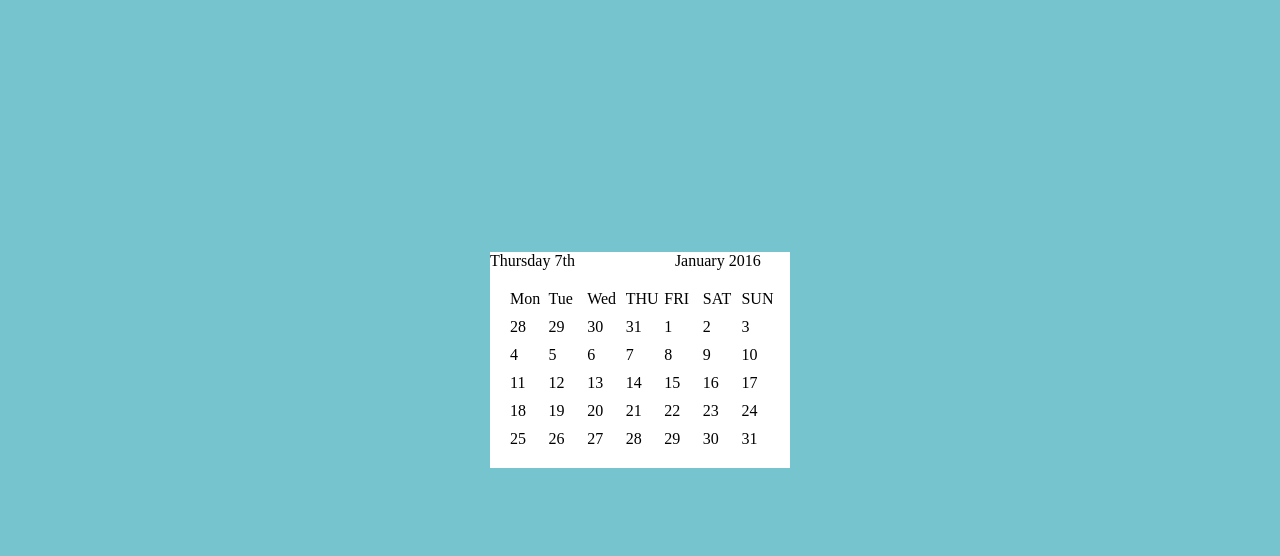
Repository: KYUUBI-K/HTML
Page: За 1 курс/Лаб 4/calendar.html
These files come from the project's save history. The page is drawn as it stood at one moment and after the next save; the edit follows.
The browser window is 1280 px wide. The pictures show the whole page.

Above is the page before, as saved 2021-03-30 13:29:12.

### За 1 курс/Лаб 4/calendar.html
<!DOCTYPE html>
<html lang="en">
<head>
    <meta charset="UTF-8">
    <meta http-equiv="X-UA-Compatible" content="IE=edge">
    <meta name="viewport" content="width=device-width, initial-scale=1.0">
    <title>Document</title>
    <link rel="stylesheet" href="for_calend.css">
</head>
<body style="background-color:rgba(80, 181, 194, 0.788) ;">
    <div class="calendar">
        <div class="today">
            Thursday 7th
            <div class="today">
                January 2016
            </div>
        </div>
        <div class="date">
            <div class="day">Mon</div>
            <div class="day">Tue</div>
            <div class="day">Wed</div>
            <div class="day">THU</div>
            <div class="day">FRI</div>
            <div class="day">SAT</div>
            <div class="day">SUN</div>
            <div class="number">28</div>
            <div class="number">29</div>
            <div class="number">30</div>
            <div class="number">31</div>
            <div class="number">1</div>
            <div class="number">2</div>
            <div class="number">3</div>
            <div class="number">4</div>
            <div class="number">5</div>
            <div class="number">6</div>
            <div class="number">7</div>
            <div class="number">8</div>
            <div class="number">9</div>
            <div class="number">10</div>
            <div class="number">11</div>
            <div class="number">12</div>
            <div class="number">13</div>
            <div class="number">14</div>
            <div class="number">15</div>
            <div class="number">16</div>
            <div class="number">17</div>
            <div class="number">18</div>
            <div class="number">19</div>
            <div class="number">20</div>
            <div class="number">21</div>
            <div class="number">22</div>
            <div class="number">23</div>
            <div class="number">24</div>
            <div class="number">25</div>
            <div class="number">26</div>
            <div class="number">27</div>
            <div class="number">28</div>
            <div class="number">29</div>
            <div class="number">30</div>
            <div class="number">31</div>
        </div>
    </div>
</body>
</html>

### За 1 курс/Лаб 4/for_calend.css
body{
    margin:0;
    padding: 0;
    display: flex;
    justify-content: center;
    align-items: center;
    height: 100vh;
}
.calendar{
    width: 300px;
    height: auto;
    background-color: white;
    box-sizing: border-box;

}
.calendar .date{
    padding: 20px;
    display: grid;
    grid-template-columns: repeat(auto-fit,minmax(25px,1fr));
    grid-gap: 10px;
    box-sizing: border-box;
}
.today{
    display: flex;
    grid-gap: 100px;
    box-sizing: border-box;
}

After the next save:
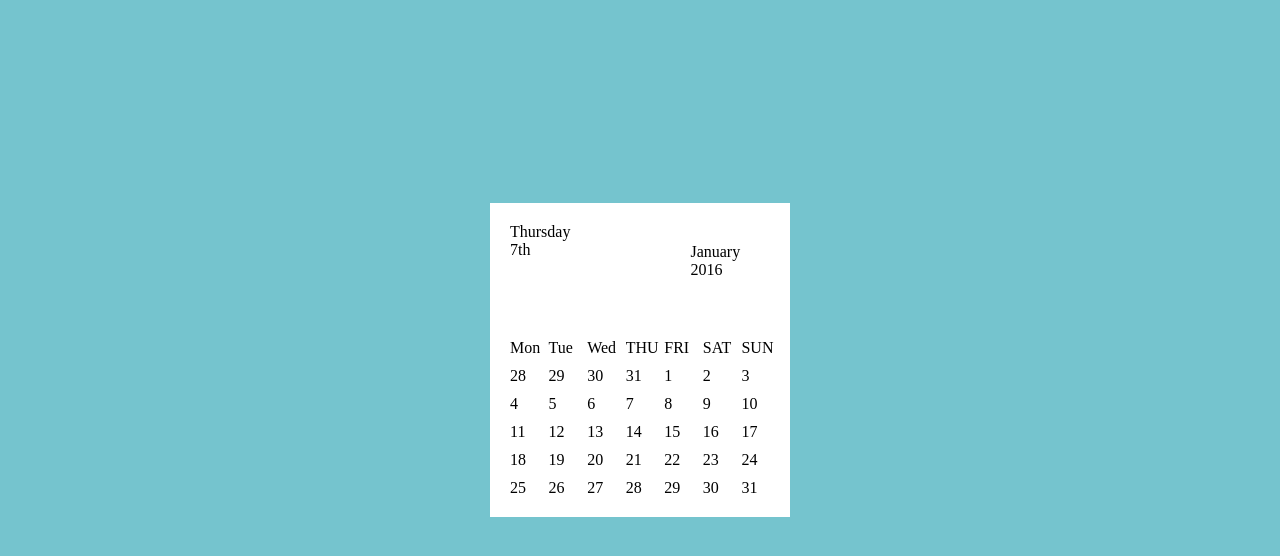
Saved 13 s later.
--- a/За 1 курс/Лаб 4/for_calend.css
+++ b/За 1 курс/Лаб 4/for_calend.css
@@ -23,5 +23,5 @@
 .today{
     display: flex;
     grid-gap: 100px;
-    box-sizing: border-box;
+    padding: 20px;
 }

After the save that followed:
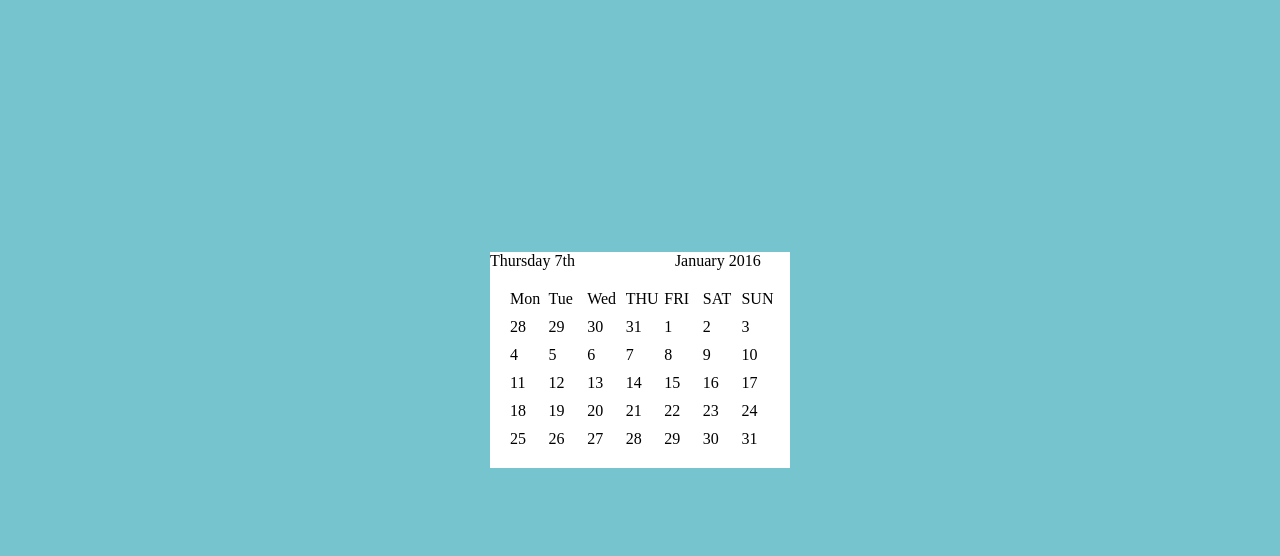
Saved 4 s later.
--- a/За 1 курс/Лаб 4/for_calend.css
+++ b/За 1 курс/Лаб 4/for_calend.css
@@ -23,5 +23,4 @@
 .today{
     display: flex;
     grid-gap: 100px;
-    padding: 20px;
 }
